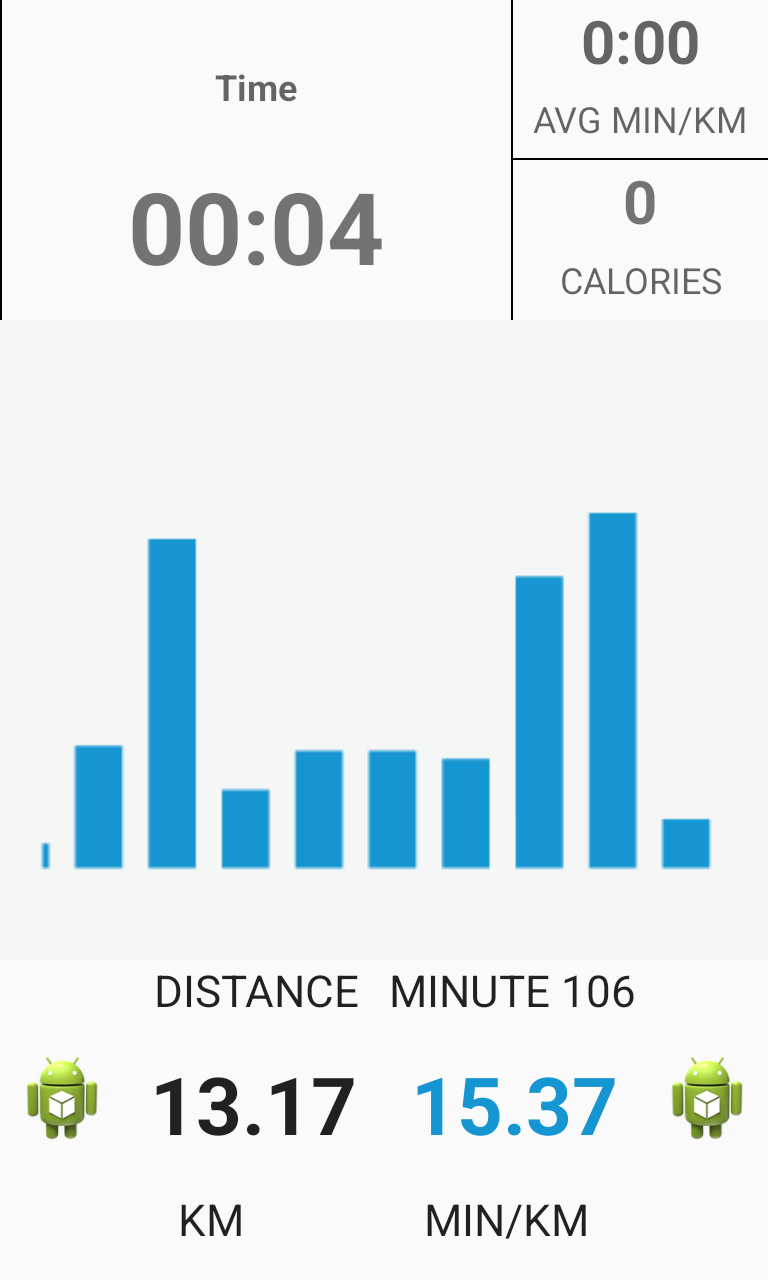
Repository: RibuRoyson/exercise
Layout: Layout1/res/layout/activity_main.xml
An editor plug-in stored every save of this project. The layout is shown before and after the next save, followed by the edit.
It is drawn on a 768 x 1280 px phone screen (xhdpi) without system bars, with theme AppTheme; the app's code is not run.

Above is the layout before, as saved 2015-02-18 06:33:26.

After the next save:
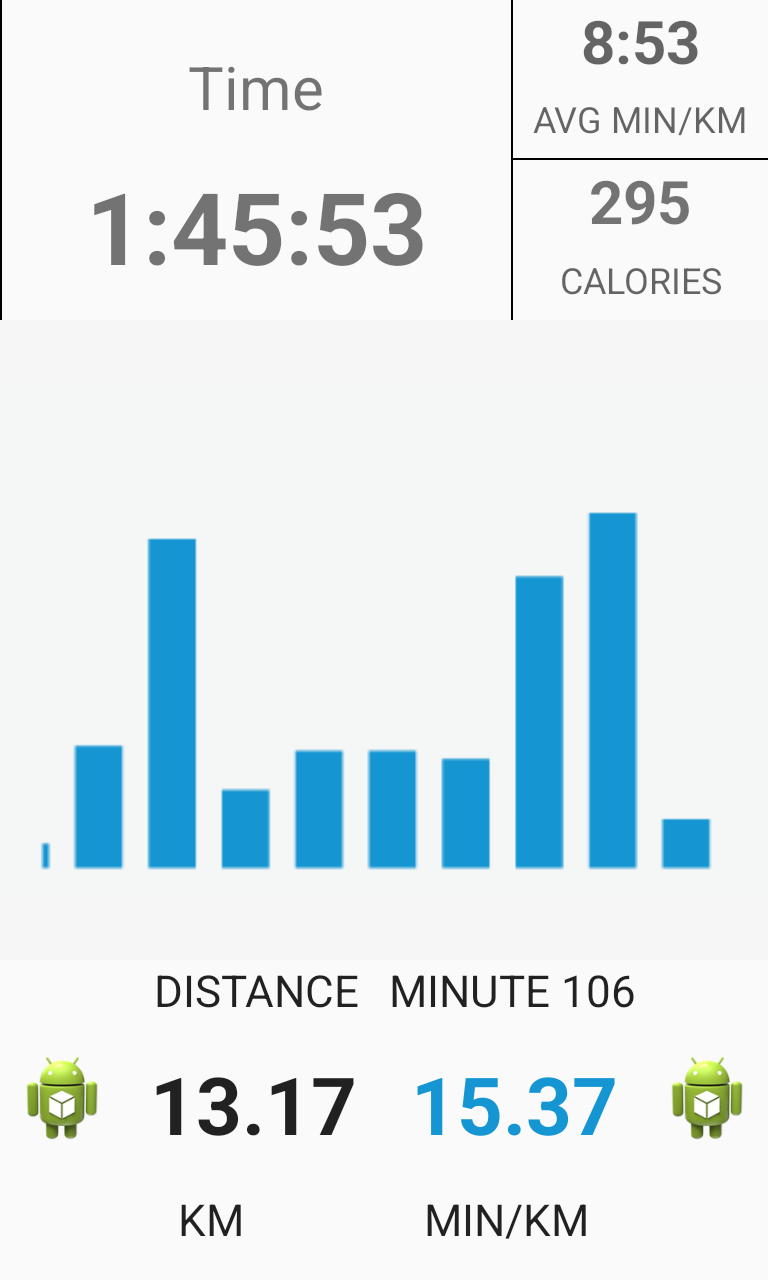
Saved 88 s later.
--- a/Layout1/res/layout/activity_main.xml
+++ b/Layout1/res/layout/activity_main.xml
@@ -39,8 +39,8 @@
                 android:text="Time"
                 android:gravity="center"
                 android:layout_marginTop="20dp"
-                android:textAppearance="?android:attr/textAppearanceMedium"
-                android:textStyle="bold" />
+                android:textSize="30sp"
+               />
 
             <TextView
                 android:id="@+id/textView2"
@@ -49,7 +49,7 @@
                 android:layout_gravity="center"
                 android:layout_weight="1.0"
                 android:gravity="center"
-                android:text="00:04"
+                android:text="1:45:53"
                 android:textSize="50sp"
                 android:textStyle="bold" />
 
@@ -75,7 +75,7 @@
                 android:layout_height="0dp"
                 android:layout_weight="0.5"
                 android:gravity="center"
-                android:text="0:00"
+                android:text="8:53"
                 android:textSize="30sp"
                 android:textAppearance="?android:attr/textAppearanceMedium"
                 android:textStyle="bold" />
@@ -101,7 +101,7 @@
                 android:layout_height="0dp"
                 android:layout_weight="0.5"
                 android:gravity="center"
-                android:text="0"
+                android:text="295"
               android:textSize="30sp"
                 android:textStyle="bold"
                />
